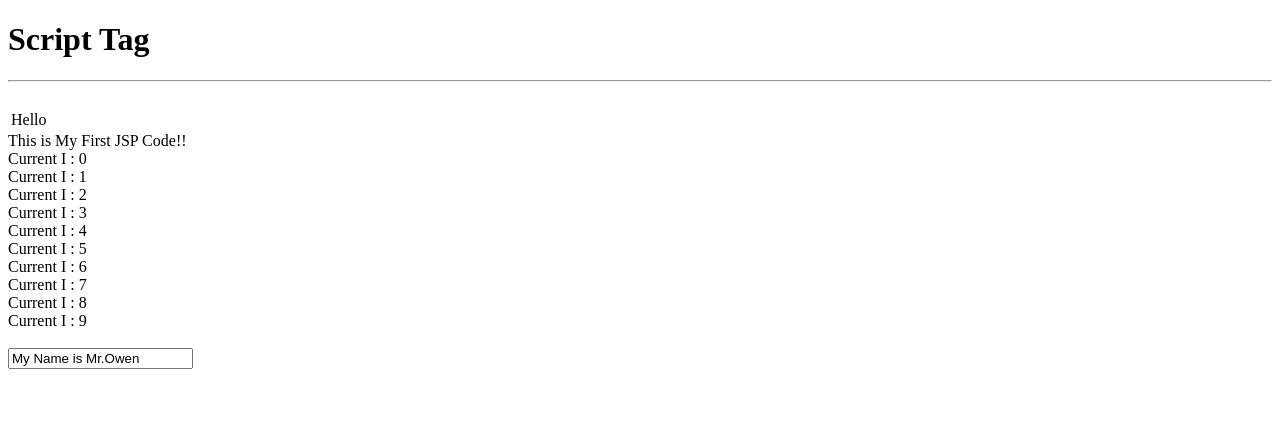
Repository: zxcvne/1400_web_nhs
Page: http://localhost/web/01_script_test.jsp
The author's editor kept a copy of each file at every save. The page is drawn from the files as they stood at one save, then again after a run of saves.
The browser window is 1280 px wide. The pictures show the whole page.
The page is served by Tomcat 10.

Above is the page before, as saved 2025-10-25 07:37:58.

After the next 2 saves:
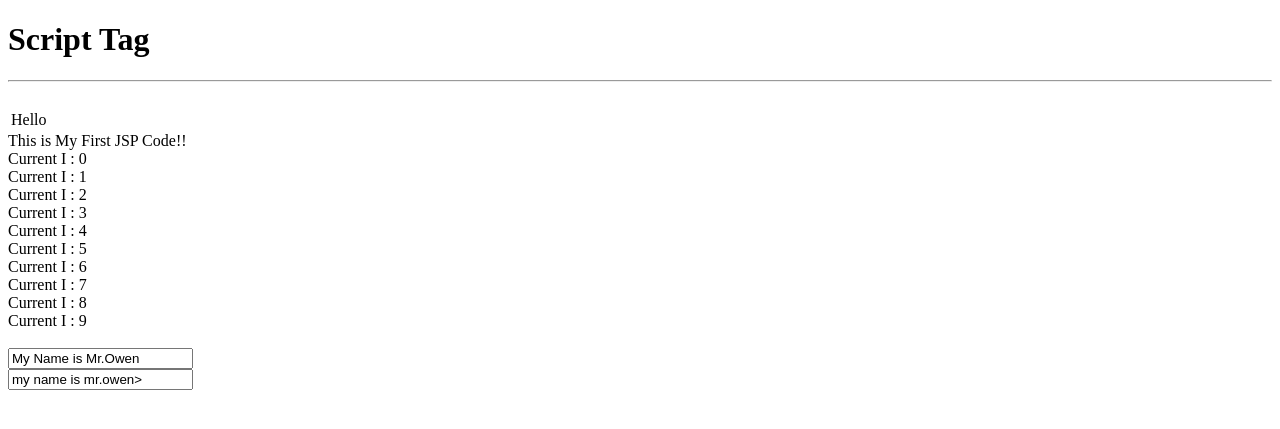
The 2 saves are shown as one change because they came seconds apart.
The last was saved 4 min 17 s later.
--- a/05_jsp/src/web/src/main/webapp/01_script_test.jsp
+++ b/05_jsp/src/web/src/main/webapp/01_script_test.jsp
@@ -30,7 +30,8 @@
 	<br>
 	<!-- JSP Expression Tag -->
 	<!-- Use no semicolon(;) -->
-	<input type="text" value="My Name is Mr.Owen">
+	<input type="text" value="My Name is Mr.Owen"> <br>
+	<input type="text" value="<%=makeLower("My Name is Mr.Owen")%>>"> <br>
 
 </body>
 </html>
